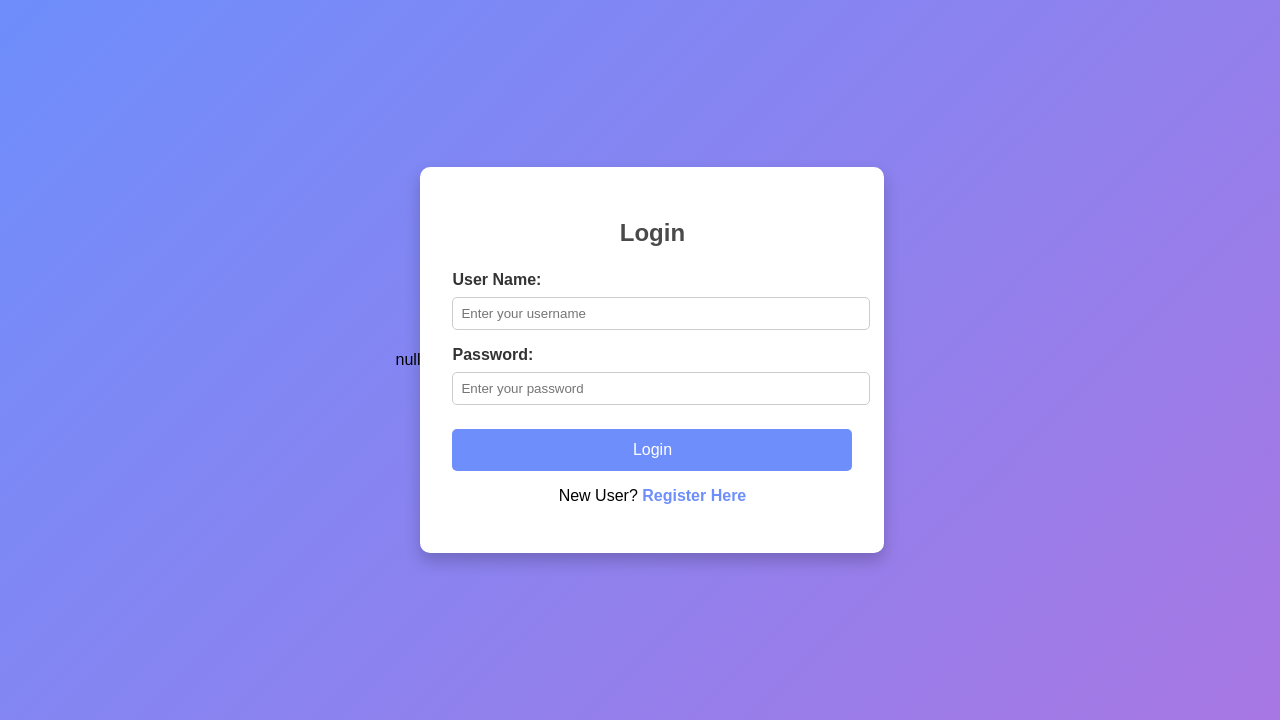
Repository: VASADUNESH/ADV_JAVA-JDBC-SERVLET-JSP
Page: http://localhost/UserApp/Msg.jsp
These files come from the project's save history. The page is drawn as it stood at one moment and after the next save; the edit follows.
The browser window is 1280 px wide. The pictures show the whole page.
The page is served by Tomcat 9.

Above is the page before, as saved 2025-02-11 05:22:25.

After the next save:
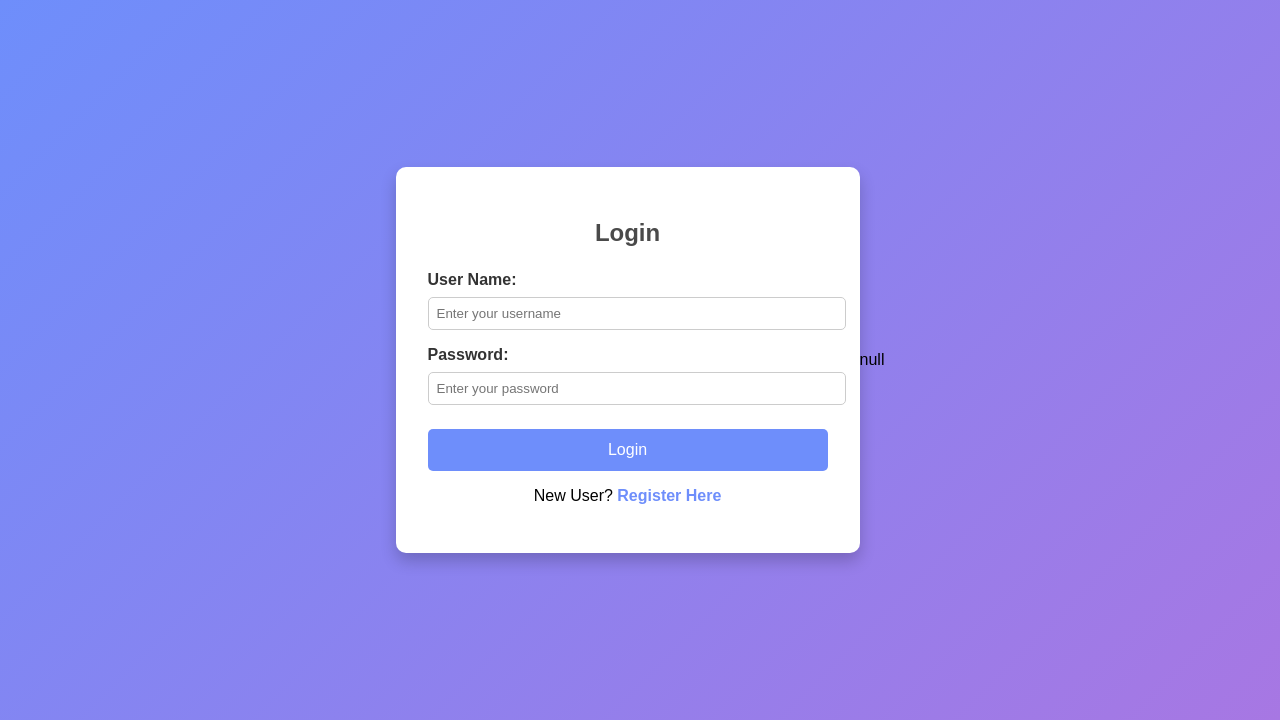
Saved 42 s later.
--- a/UserApp/src/main/webapp/Msg.jsp
+++ b/UserApp/src/main/webapp/Msg.jsp
@@ -7,10 +7,11 @@
 <title>Insert title here</title>
 </head>
 <body>
+<%@include file="login.html" %>
 <%
 String msg = (String)request.getParameter("msg");
 out.println(msg);
 %>
-<%@include file="login.html" %>
+
 </body>
 </html>

After the save that followed:
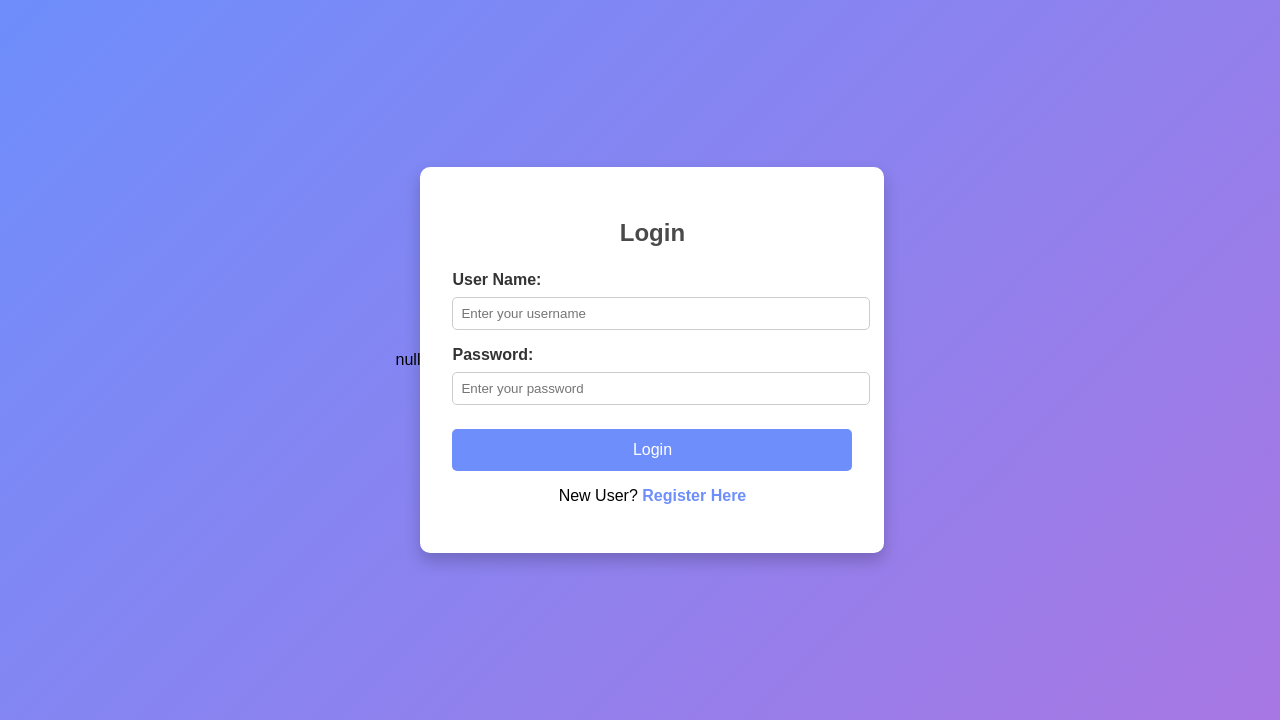
Saved 3 min 17 s later.
--- a/UserApp/src/main/webapp/Msg.jsp
+++ b/UserApp/src/main/webapp/Msg.jsp
@@ -1,17 +1,16 @@
-<%@ page language="java" contentType="text/html; charset=UTF-8"
-    pageEncoding="UTF-8"%>
+<%@ page language="java" contentType="text/html; charset=ISO-8859-1"
+    pageEncoding="ISO-8859-1"%>
 <!DOCTYPE html>
 <html>
 <head>
-<meta charset="UTF-8">
+<meta charset="ISO-8859-1">
 <title>Insert title here</title>
 </head>
 <body>
-<%@include file="login.html" %>
 <%
-String msg = (String)request.getParameter("msg");
+String msg = (String)request.getAttribute("msg");
 out.println(msg);
 %>
-
+<%@include file="login.html" %>
 </body>
 </html>
